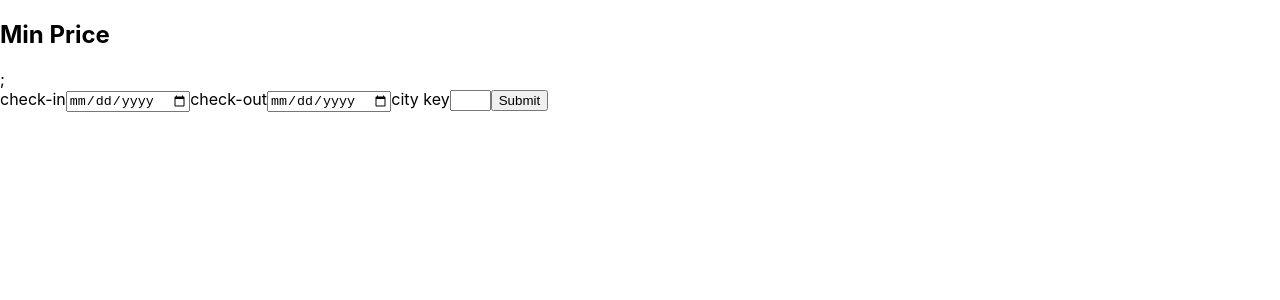
Repository: vsterev/il-test
Page: /min-price
The author's editor kept a copy of each file at every save. The page is drawn from the files as they stood at one save, then again after the next save.
The browser window is 1280 px wide. The pictures show the whole page.
The project was rebuilt for these pictures with package versions that can differ from the ones it lists, and the page was loaded fresh each time. A package was used in the major version that the imports need, not the one package.json lists. Also part of the build but not shown: src/components/error/index.jsx.

Above is the page before, as saved 2021-04-27 08:18:43.

### src/index.js
import React from 'react';
import ReactDOM from 'react-dom';
import './index.css';
// import App from './App';
import reportWebVitals from './reportWebVitals';
// import MinPrice from './components/minPrice';
import Navigation from './navigation';

ReactDOM.render(
  <React.StrictMode>
    {/* <App /> */}
    {/* <MinPrice /> */}
    <Navigation />
  </React.StrictMode>,
  document.getElementById('root')
);

// If you want to start measuring performance in your app, pass a function
// to log results (for example: reportWebVitals(console.log))
// or send to an analytics endpoint. Learn more: https://bit.ly/CRA-vitals
reportWebVitals();

### src/navigation.jsx
import React from 'react';
import { Switch, BrowserRouter, Route, Redirect } from 'react-router-dom';
import MinPrice from './components/minPrice';
import Error from './components/error';
const Navigation = () => {
  return (
    <BrowserRouter>
      <Switch>
        <Route path="/min-price" render={() => <MinPrice />} />
        <Route path="*" render={() => <Error msg="Page not Found - 404" />} />
      </Switch>
    </BrowserRouter>
  );
};
export default Navigation;

### src/components/minPrice/index.jsx
import React, { useState } from 'react';
const MinPrice = () => {
  const [details, setDetails] = useState({ checkIn: '', checkOut: '', cityKey: '' });
  const submitHandler = (e) => {
    e.preventDefault();
    console.log(details);
  };
  return (
    <React.Fragment>
      <h2>Min Price</h2>;
      <form onSubmit={submitHandler}>
        <label htmlFor="checkIn">check-in</label>
        <input
          type="date"
          id="checkIn"
          value={details.checkIn}
          onChange={(e) => setDetails({ ...details, checkIn: e.target.value })}></input>
        <label htmlFor="checkOut">check-out</label>
        <input
          type="date"
          id="checkOut"
          value={details.checkOut}
          onChange={(e) => setDetails({ ...details, checkOut: e.target.value })}></input>
        <label htmlFor="cityKey">city key</label>
        <input
          type="text"
          id="cityKey"
          size="2"
          value={details.cityKey}
          onChange={(e) => setDetails({ ...details, cityKey: e.target.value })}
        />
        <button>Submit</button>
      </form>
    </React.Fragment>
  );
};
export default MinPrice;

Loaded but not shown: public/index.html (common file); src/index.css (common file); src/reportWebVitals.js (common file)

After the next save:
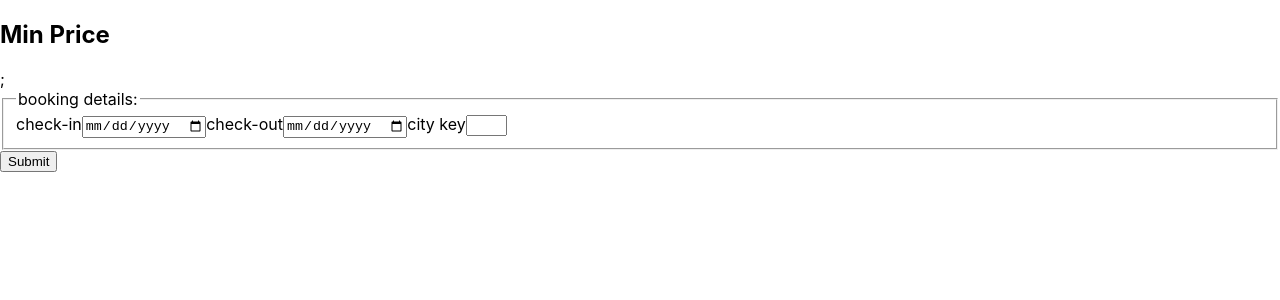
Saved 3 min 22 s later.
--- a/src/components/minPrice/index.jsx
+++ b/src/components/minPrice/index.jsx
@@ -9,26 +9,29 @@ const MinPrice = () => {
     <React.Fragment>
       <h2>Min Price</h2>;
       <form onSubmit={submitHandler}>
-        <label htmlFor="checkIn">check-in</label>
-        <input
-          type="date"
-          id="checkIn"
-          value={details.checkIn}
-          onChange={(e) => setDetails({ ...details, checkIn: e.target.value })}></input>
-        <label htmlFor="checkOut">check-out</label>
-        <input
-          type="date"
-          id="checkOut"
-          value={details.checkOut}
-          onChange={(e) => setDetails({ ...details, checkOut: e.target.value })}></input>
-        <label htmlFor="cityKey">city key</label>
-        <input
-          type="text"
-          id="cityKey"
-          size="2"
-          value={details.cityKey}
-          onChange={(e) => setDetails({ ...details, cityKey: e.target.value })}
-        />
+        <fieldset>
+          <legend>booking details:</legend>
+          <label htmlFor="checkIn">check-in</label>
+          <input
+            type="date"
+            id="checkIn"
+            value={details.checkIn}
+            onChange={(e) => setDetails({ ...details, checkIn: e.target.value })}></input>
+          <label htmlFor="checkOut">check-out</label>
+          <input
+            type="date"
+            id="checkOut"
+            value={details.checkOut}
+            onChange={(e) => setDetails({ ...details, checkOut: e.target.value })}></input>
+          <label htmlFor="cityKey">city key</label>
+          <input
+            type="text"
+            id="cityKey"
+            size="2"
+            value={details.cityKey}
+            onChange={(e) => setDetails({ ...details, cityKey: e.target.value })}
+          />
+        </fieldset>
         <button>Submit</button>
       </form>
     </React.Fragment>
